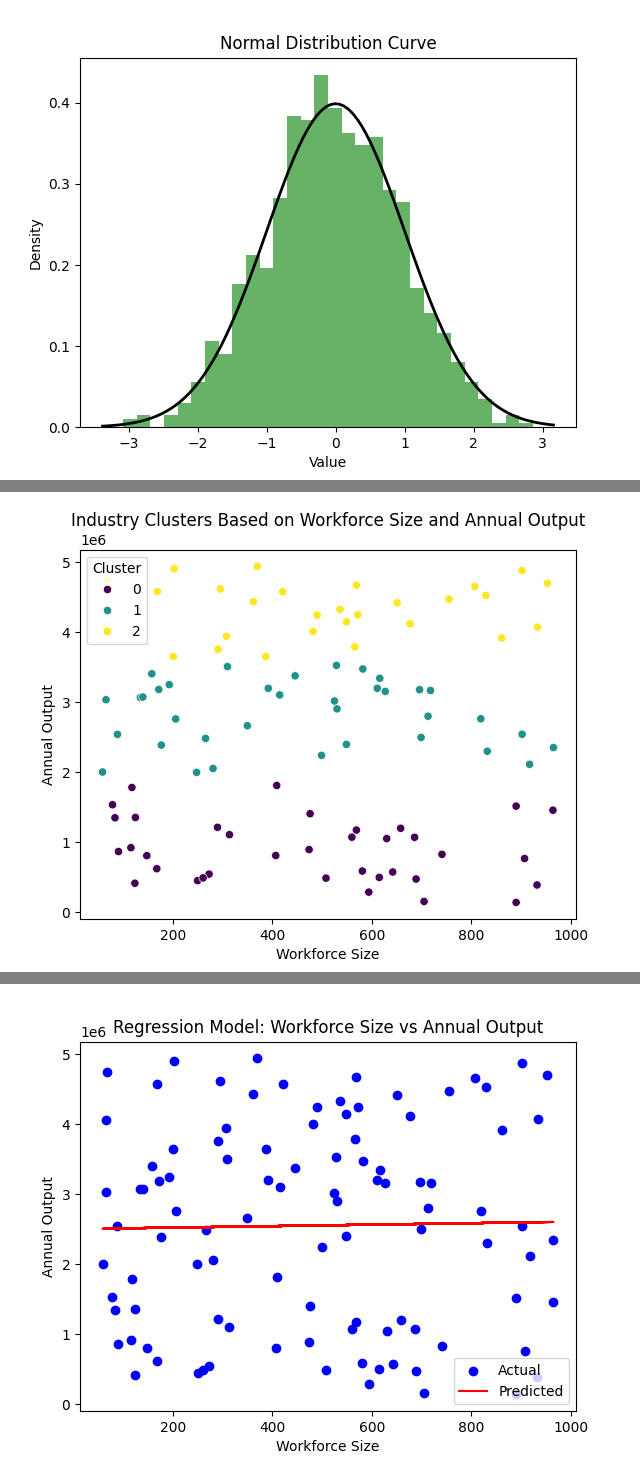
Repository: sjetti5555/GenAi
Script's output: python PresentationData/7Industrypolicyprep.py
The author's editor kept a copy of each file at every save. The script's output is drawn from the files as they stood at one save, then again after the next save.
Each picture stacks the figures in order, with grey between them; figures that are only written to a file come last. Random numbers start from a fixed seed.

Above is the script's output before, as saved 2024-10-20 15:24:25.

### PresentationData/7Industrypolicyprep.py
import pandas as pd
import numpy as np
import matplotlib.pyplot as plt
import seaborn as sns
from scipy.stats import norm, ttest_ind
from sklearn.cluster import KMeans
from sklearn.linear_model import LinearRegression
import scipy.stats as stats

# Step 1: Load Dataset from CSV
file_path = r'C:\Users\srira\OneDrive\Desktop\Gen_AI\PresentationData\industry_data.csv'
df = pd.read_csv(file_path)

# Display the first few rows of the DataFrame to verify the data
print("Loaded Dataset:")
# Convert Annual_Output to integers for better readability
df['Annual_Output'] = df['Annual_Output'].astype(int)
print(df.head())

# Check for missing values
if df.isnull().values.any():
    print("Warning: Missing values found in the dataset.")

# Step 2: Descriptive Statistics (Mean, Median, Mode)
mean_workforce = df['Workforce_Size'].mean()
median_workforce = df['Workforce_Size'].median()
mode_industry = df['Industry_Type'].mode()[0]

# Step 3: Probability Analysis with Normal Distribution
data = norm.rvs(size=1000, loc=0, scale=1)
plt.hist(data, bins=30, density=True, alpha=0.6, color='g')
xmin, xmax = plt.xlim()
x = np.linspace(xmin, xmax, 100)
p = norm.pdf(x)
plt.plot(x, p, 'k', linewidth=2)
plt.title("Normal Distribution Curve")
plt.xlabel("Value")
plt.ylabel("Density")
plt.show()

# Step 4: Confidence Interval Calculation
std_dev = df['Workforce_Size'].std()
confidence_level = 0.95
n = len(df)
h = stats.norm.ppf((1 + confidence_level) / 2) * (std_dev / np.sqrt(n))
confidence_interval = (mean_workforce - h, mean_workforce + h)

# Convert confidence interval to standard Python floats for cleaner output
confidence_interval = (float(confidence_interval[0]), float(confidence_interval[1]))

# Step 5: Clustering Analysis
kmeans = KMeans(n_clusters=3)
df['Cluster'] = kmeans.fit_predict(df[['Workforce_Size', 'Annual_Output']])
sns.scatterplot(data=df, x='Workforce_Size', y='Annual_Output', hue='Cluster', palette='viridis')
plt.title('Industry Clusters Based on Workforce Size and Annual Output')
plt.xlabel('Workforce Size')
plt.ylabel('Annual Output')
plt.show()

# Step 6: T-Test
group1 = df[df['Industry_Type'] == 'Manufacturing']['Annual_Output']
group2 = df[df['Industry_Type'] == 'IT']['Annual_Output']

# Check if groups are not empty before performing T-Test
if len(group1) > 0 and len(group2) > 0:
    t_stat, p_value = ttest_ind(group1, group2)
else:
    t_stat, p_value = None, None
    print("Warning: One of the groups for the T-Test is empty.")

# Step 7: Linear Regression
X = df[['Workforce_Size']].values
y = df['Annual_Output'].values
model = LinearRegression()
model.fit(X, y)
y_pred = model.predict(X)
plt.scatter(X, y, color='blue', label='Actual')
plt.plot(X, y_pred, color='red', label='Predicted')
plt.title('Regression Model: Workforce Size vs Annual Output')
plt.xlabel('Workforce Size')
plt.ylabel('Annual Output')
plt.legend()
plt.show()

# Output Summary
summary = {
    "Mean Workforce Size": mean_workforce,
    "Median Workforce Size": median_workforce,
    "Mode Industry Type": mode_industry,
    "Confidence Interval": confidence_interval,
    "T-Statistic": t_stat,
    "P-Value": p_value
}

# Print summary results
print("\nSummary Results:")
for key, value in summary.items():
    print(f"{key}: {value}")

### PresentationData/industry_data.csv
Industry_Type,Workforce_Size,Annual_Output
Agriculture,135,3070500.1448073606
IT,392,3201344.5320841167
Agriculture,290,1215249.995557707
Manufacturing,250,453900.9721581675
Manufacturing,314,1109749.2086910568
Agriculture,248,2000292.0429291932
Manufacturing,807,4656475.782927807
Agriculture,699,2499202.144113585
Manufacturing,566,3793136.8199324603
Agriculture,482,4012755.103802133
IT,203,4908527.189798254
Manufacturing,829,4529981.751656874
Manufacturing,140,3076591.770593123
IT,350,2666761.4753460246
Agriculture,819,2766132.2716720924
Agriculture,569,1175766.0493832633
Manufacturing,529,3528799.235459311
Manufacturing,490,4247638.015188094
IT,206,2763298.0590850143
Agriculture,549,4151620.4989436893
IT,642,576625.7505926037
IT,84,1351375.6408751344
Manufacturing,177,2389980.197568243
IT,116,923606.200114177
Manufacturing,651,4422762.500638072
Agriculture,689,476305.0410202425
Manufacturing,124,415931.0596158709
IT,861,3919323.3870808175
Manufacturing,172,3184988.9808089607
Agriculture,273,545986.7281443733
IT,902,4884705.035127538
Manufacturing,933,4075856.1525257775
Agriculture,686,1072260.7326951034
Manufacturing,917,2115332.36708093
IT,65,4060453.0240287757
Manufacturing,168,623253.0615802248
Manufacturing,409,1812654.319000391
IT,125,1356030.7510352237
IT,148,809896.7701924144
IT,907,768675.8461876742
IT,902,2545034.758710171
IT,281,2055942.398150861
Agriculture,421,4580394.4985801745
Agriculture,549,2399452.1465138695
IT,89,2543300.114601563
IT,499,2243655.223333764
IT,158,3408804.376681487
Agriculture,308,3943927.527621789
IT,66,3038787.468686495
Agriculture,572,4251423.628364299
Agriculture,953,4702699.351576
Manufacturing,387,3654424.2229146524
Agriculture,569,4674967.690826447
Agriculture,705,155523.08239125862
IT,508,488827.5974634039
IT,677,4124110.8863900388
Agriculture,415,3106015.767380136
IT,474,896373.783859812
IT,611,3201163.362590126
IT,296,4620951.810671019
Agriculture,407,812052.6258940366
IT,890,142022.73022554
Manufacturing,91,868567.5312987741
Agriculture,718,3169900.8566946606
IT,932,390982.0464393731
IT,362,4439380.755515181
Agriculture,530,2907494.413623023
IT,890,1518013.205918499
Manufacturing,696,3181885.043858166
IT,266,2485227.0079795383
Manufacturing,79,1537480.642817138
Agriculture,446,3379382.389438244
Manufacturing,261,492227.1316310407
Agriculture,169,4583156.604811477
Agriculture,581,590325.1948567217
Agriculture,560,1073967.6917058118
IT,201,3654349.7374175983
Agriculture,630,1053860.3787793615
IT,627,3157023.3502360606
Manufacturing,713,2802413.5414687833
Manufacturing,582,3477287.6400683834
IT,476,1409586.960067622
IT,832,2302074.0447501624
Manufacturing,370,4943343.464224953
Manufacturing,616,3345193.82125751
Manufacturing,118,1784234.534867365
Agriculture,964,1459848.7054281519
Agriculture,193,3253747.353447184
IT,755,4474790.208440053
Manufacturing,965,2355107.4953424865
Agriculture,594,288972.08990251715
Manufacturing,536,4328024.184826102
Agriculture,741,829386.6321413796
Manufacturing,310,3512079.5341995275
IT,615,499324.67111255904
Agriculture,525,3020126.1833414785
IT,68,4742530.492143955
IT,59,2005129.0645311102
Manufacturing,291,3759039.607054911
IT,658,1200942.9898861842

After the next save:
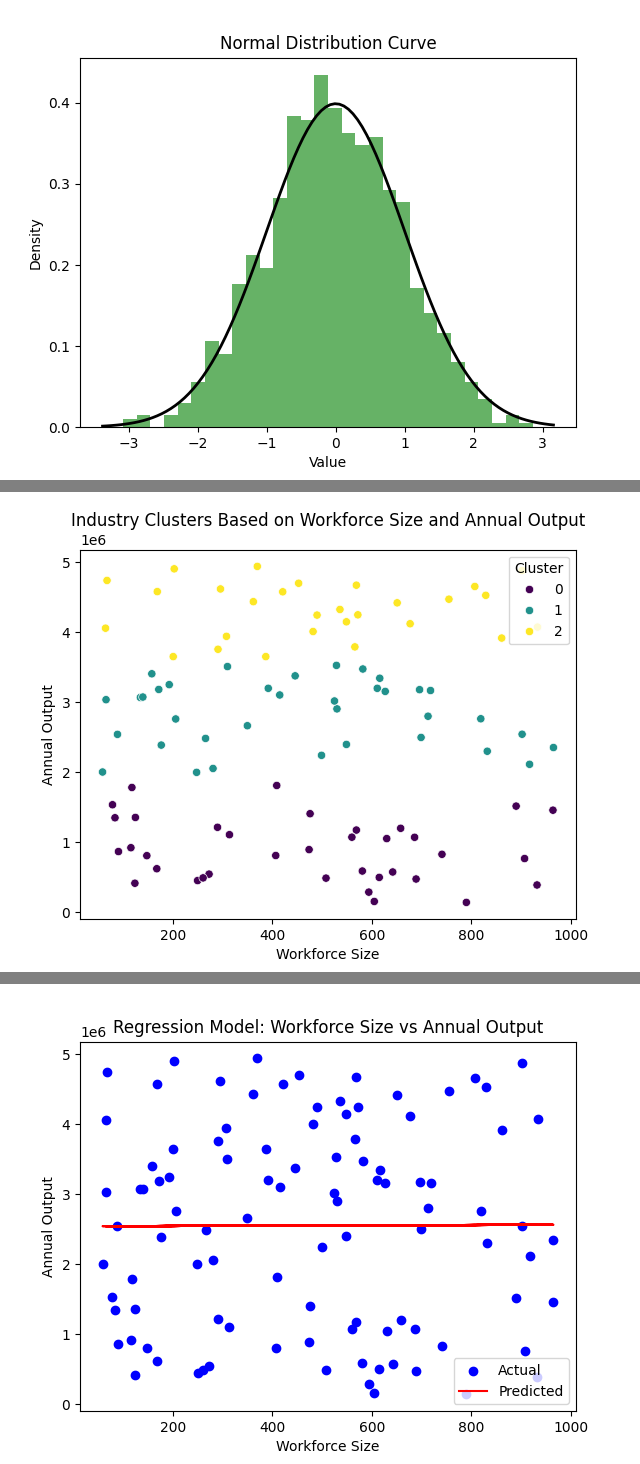
Saved 2 h 54 min later.
--- a/PresentationData/industry_data.csv
+++ b/PresentationData/industry_data.csv
@@ -49,10 +49,10 @@ IT,158,3408804.376681487
 Agriculture,308,3943927.527621789
 IT,66,3038787.468686495
 Agriculture,572,4251423.628364299
-Agriculture,953,4702699.351576
+Agriculture,453,4702699.351576
 Manufacturing,387,3654424.2229146524
 Agriculture,569,4674967.690826447
-Agriculture,705,155523.08239125862
+Agriculture,605,155523.08239125862
 IT,508,488827.5974634039
 IT,677,4124110.8863900388
 Agriculture,415,3106015.767380136
@@ -60,7 +60,7 @@ IT,474,896373.783859812
 IT,611,3201163.362590126
 IT,296,4620951.810671019
 Agriculture,407,812052.6258940366
-IT,890,142022.73022554
+IT,790,142022.73022554
 Manufacturing,91,868567.5312987741
 Agriculture,718,3169900.8566946606
 IT,932,390982.0464393731
